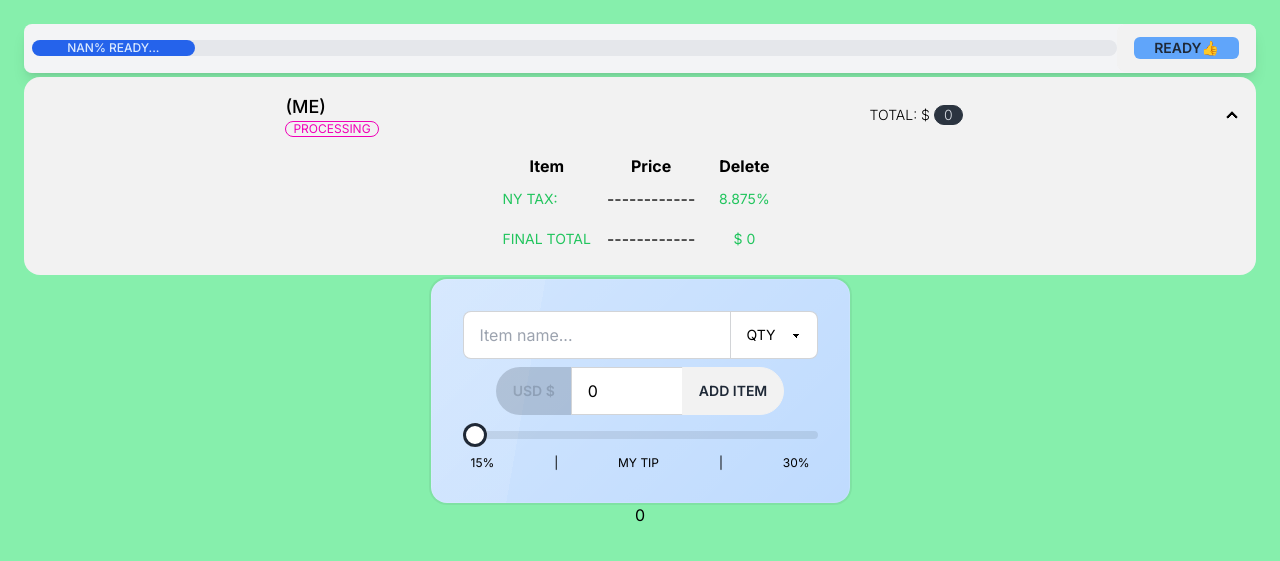
Repository: bitepay/bitepay-xyz
Page: /table
These files come from the project's save history. The page is drawn as it stood at one moment and after the next save; the edit follows.
The browser window is 1280 px wide. The pictures show the whole page.
The page's requests for data from a server got no answer. The project was rebuilt for these pictures with package versions that can differ from the ones it lists, and the page was loaded fresh each time. The framework's server and built-in components were replaced by stand-ins that run in the browser. No one was signed in, and anything a server would have sent is missing. Also part of the build but not shown: next.config.js.

Above is the page before, as saved 2023-06-28 07:56:27.

### src/pages/_app.js
import '@/styles/globals.css';
import { UserSocketProvider } from '@/context/UserSocketContext';

export default function App({ Component, pageProps }) {
  return (
    <UserSocketProvider>
      <Component {...pageProps} />
    </UserSocketProvider>
  )
}

### src/pages/table.js

// import Image from 'next/image'
import Head from "next/head"
// import Link from "next/link"
import { Inter } from 'next/font/google'

import { useUserSocketContext } from '@/context/UserSocketContext'

import { AddItemInput } from '@/components/AddItemInput'
import { ProgressBar } from '@/components/ProgressBar'
import { UserBill } from '@/components/UserBill'
import { MembersBill } from '@/components/MembersBill'

const inter = Inter({ subsets: ['latin'] })

export default function Table() {

  const { socket, user, tableMembers, setUser } = useUserSocketContext();

  if (user.tableID !== 0) {
    socket.emit('joinTable', user)
  }

  const handleUserDelete = (user, payload) => {
    socket.emit('userDeleteItem', {user, payload})
  };

  const handleUserUpdate = (user, payload) => {
    socket.emit('userUpdate', {user, payload})
  };

  const userUpdateStatus = (user) => {
    if (user.status === 'PROCESSING') {
      socket.emit('userUpdateStatus', { ...user, status: 'READY' })
    } else {
      socket.emit('userUpdateStatus', { ...user, status: 'PROCESSING' })
    }
  }

  return (
    <>
      <Head>
        <title>BitePay - Table</title>
        <meta name="description" content="The fastest and easiest way to divvy up the dining bill between your friends."></meta>
      </Head>

      <main className={`flex min-h-screen flex-col items-center p-6 ${inter.className} bg-green-300`} >

        <ProgressBar user={user} tableMembers={tableMembers} userUpdateStatus={userUpdateStatus} />
        <UserBill user={user} handleUserDelete={handleUserDelete} />
        <AddItemInput user={user} handleUserUpdate={handleUserUpdate} setUser={setUser} />
        <MembersBill tableMembers={tableMembers} userId={user.id}/>

      </main>
    </>
  )
}

### src/context/UserSocketContext.js
'use client';
import React, { createContext, useEffect, useState, useContext } from 'react'
import { io } from 'socket.io-client'


// Create a new context
const UserSocketContext = createContext({});

// Custom context provider component
export const UserSocketProvider = ({ children }) => {

  const [socket, setSocket] = useState(null);

  const [user, setUser] = useState({
    id: '',
    username: '',
    tableID: 0,
    myItems: [],
    tip: 15,
    total: 0,
    status: 'PROCESSING',
  });

  const [tableMembers, setTableMembers] = useState([]);

  // Establish the Socket.IO connection when the component mounts
  useEffect(() => {

    const socket = io('https://bitepay.xyz');
    setSocket(socket);

    socket.on('connect', () => {
      console.log('Successfully connected to the ws server!')
    })

    // set user id to the websocket id
    socket.on('setId', (data) => setUser((prevUser) => {
      prevUser.id = data
      return prevUser;
    }));

    // listen to events from ws server regarding members of the table
    socket.on('tableMembers', (data) => setTableMembers((prevTableMembers) => { return [...data.slice()] }));

    // listen to events from ws server regarding updates to tableMembers
    socket.on('tableMemberUpdate', (data) => {

      if (data.id === user.id) {
        setUser((prevUser) => {
          prevUser.myItems = data.myItems;
          prevUser.tip = data.tip;
          prevUser.total = data.total;
          prevUser.status = data.status;
          return prevUser;
        })
      }

      setTableMembers((prevTableMembers) => {
        return prevTableMembers.map((member) => {
          if (member.id === data.id) {
            member.myItems = data.myItems
            member.tip = data.tip
            member.total = data.total
            member.status = data.status
            return member
          } else {
            return member
          }
        })
      })
    });

    // listen to events from ws server regarding members leaving the table
    socket.on('userLeft', (data) => {
      setTableMembers((prevTableMembers) => {
        return prevTableMembers.filter((member) => {
          return member.id !== data.id
        })
      })
    });

    socket.on('disconnect', () => {
      console.log('Disconnected from the ws server!');
    });

    // Clean up the socket connection when the component unmounts
    return () => {
      socket.off('connect');
      socket.off('setId');
      socket.off('tableMembers');
      socket.off('tableMemberUpdate');
      socket.off('userLeft');
      socket.disconnect();
    };
  }, [user.id]);

  // Provide the socket object to the child components
  return (
    <UserSocketContext.Provider value={{socket, user, setUser, tableMembers, setTableMembers}}>
      {children}
    </UserSocketContext.Provider>
  );
};

// Export the SocketContext
export default UserSocketContext;

// Export a custom hook that can be used to consume this context
export const useUserSocketContext = () => useContext(UserSocketContext);

### src/components/AddItemInput.jsx
import { useState, useEffect } from 'react';

export const AddItemInput = ({ handleUserUpdate, user, setUser }) => {
	const [itemName, setItemName] = useState('');
	const [itemPrice, setItemPrice] = useState(0);
	const [itemQuantity, setItemQuantity] = useState(0);

	const handleClick = (e) => {
			if (itemQuantity === 0) {
					alert("Don't forget to add quantity!");
			}
			else if (itemPrice <= 0) {
					alert("Please don't forget to add your item's price!");
			}
			else if (itemName != "" && itemPrice > 0 && itemQuantity > 0) {
					const itemID = Math.ceil(Math.random()*1000000000);
					const payload = {itemID, itemName, itemPrice, itemQuantity};
					handleUserUpdate(user, payload);
					setItemName('');
					setItemPrice(0);
			} else {
					alert("Please fill out all fields");
			}
	}

	const handleTipChange = (e) => {
		e.preventDefault();
		setUser({...user, tip: parseInt(e.target.value)})
	}

	return (
		<>
			<div className="card glass w-auto bg-blue-200">
				<div className="card-body">
					<div className="join mx-auto">

						<input className="input input-bordered join-item max-w-34" placeholder="Item name..." value={itemName} onChange={(e) => {setItemName(e.target.value)}}/>

						<select className="select select-bordered join-item" value={itemQuantity} onChange={(e) => setItemQuantity(e.target.value)}>
							<option disabled value={0}>QTY</option>
							<option value={1/4}>
									1/4
							</option>
							<option value={1/3}>
									1/3
							</option>
							<option value={1/2}>
									1/2
							</option>
							<option value={1}>
									1
							</option>
							<option value={2}>
									2
							</option>
							<option value={3}>
									3
							</option>
							<option value={4}>
									4
							</option>
						</select>

					</div>
					<div className="mx-auto">
						<div className="join">
							<button className="btn join-item rounded-l-full" disabled="true">USD $</button>
							<input className="input input-bordered join-item w-28" placeholder="Price" type="number" value={itemPrice} onChange={(e) => {setItemPrice(e.target.value)}}/>
							<button className="btn join-item rounded-r-full" disabled={user.status === 'READY'} onClick={(e) => handleClick(e)}>ADD ITEM</button>
						</div>
					</div>
						<input type="range" className="range" min={15} max={30} value={user.tip} step={1} onChange={(e) => handleTipChange(e)} disabled={user.status === 'READY'} />
						<div className="w-full flex justify-between text-xs px-2">
							<span>15%</span>
							<span>|</span>
							<span>MY TIP</span>
							<span>|</span>
							<span>30%</span>
						</div>
				</div>
			</div>
		</>
	)
};

### src/components/ProgressBar.jsx
import { useState, useEffect } from 'react';

export const ProgressBar = ({ tableMembers, user, userUpdateStatus }) => {

  const [progress, setProgress] = useState(0);

  useEffect(() => {
    const completed = tableMembers.filter((member) => member.status === 'READY');
    const progress = Math.round(100 * ((completed.length / tableMembers.length) * 100)) / 100;
    setProgress(progress);

    console.log(`Re-render triggered from tableMember update in ProgressBar. Progress is now ${progress}%`)
  }, [tableMembers])

  const progressBar = (progress) => {
    if (progress === 100) {
      return (
          <div className="w-full bg-gray-200 rounded-full dark:bg-gray-700">
            <div className="bg-green-600 text-xs font-medium text-green-100 text-center p-0.5 leading-none rounded-full" style={{width: `${progress}%`}}> {progress}% COMPLETE! </div>
          </div>
      )
    } else {
      return (
        <div className="w-full bg-gray-200 rounded-full dark:bg-gray-700">
            <div className="bg-blue-600 text-xs font-medium text-blue-100 text-center p-0.5 leading-none rounded-full" style={{width: `${progress < 15 ? 15 : progress}%`}}> {progress}% READY... </div>
          </div>
      )
    }
  }

  const handleChange = () => {
    userUpdateStatus(user)
  }

  const toggleStatusButton = (status) => {
    return (
      <label className="btn swap swap-rotate">

        {/* this hidden checkbox controls the state */}
        <input type="checkbox" onChange={() => handleChange()} checked={user.status === 'READY'}/>

        {/* ready icon */}

        <div class="swap-on bg-red-400 p-1 rounded-md">Make changes</div>
        <div class="swap-off bg-blue-400 p-1 rounded-md">Ready👍</div>

        {/* not ready icon */}


      </label>
    )

  }



  return (

      <div className="w-full flex items-center justify-between mb-.5 mx-auto pl-2 overflow-hidden rounded-lg shadow-lg bg-gray-100 uppercase border-b border-gray-100">
          {progressBar(progress)}
        <div id="final-bill-button">
          {toggleStatusButton(user.status)}
        </div>
      </div>

  )
}

### src/components/UserBill.jsx
export const UserBill = ({ user, handleUserDelete }) => {

  const UserItem = (item) => {
    const { itemID, itemName, itemPrice, itemQuantity } = item

    return (
      <tr key={`user-item-${itemID}`}>
				<td className="px-4">{`${itemName} ${itemQuantity !== '1' ? `x ${itemQuantity}` : ''}`}</td>
				<td className="px-4">{itemPrice}</td>
				{/* This is where we need to add the delete button for User delete feature */}
				<td className="px-4">
          <button className="btn btn-circle btn-error" onClick={() => handleUserDelete(user, item)} disabled={user.status === 'READY'}>
          <svg xmlns="http://www.w3.org/2000/svg" class="h-6 w-6" fill="none" viewBox="0 0 24 24" stroke="currentColor"><path stroke-linecap="round" stroke-linejoin="round" stroke-width="2" d="M6 18L18 6M6 6l12 12" /></svg>
          </button>
        </td>
			</tr>
    )
  }

  return (
    <div className="collapse collapse-arrow bg-base-200 m-1">
      <input type="radio" name="my-accordion-2" defaultChecked="true"/>
      <div className="collapse-title">
        {/* This is where we need to render name, status, and total */}
        <div className="flex justify-around">
          <div className="flex flex-col">
            <div className="text-lg font-medium">
              {user.username} (ME)
            </div>
            <div className={`badge badge-sm text-xs ${user.status === 'READY' ? 'badge-accent' : 'badge-secondary badge-outline'}`}>
              {user.status === 'READY' ? 'READY' : 'PROCESSING'}
            </div>
          </div>
          <div className="text-sm font-light my-auto">
            TOTAL{': $ '}
            <div className={`badge ${user.status === 'READY' ? 'badge-primary' : 'badge-neutral'}`}>
              {Math.round(100 * ((((1+(user.tip / 100))) * user.total) + (user.total * .08875))) / 100}
            </div>
          </div>

        </div>
      </div>
      <div className="collapse-content">
        {/* This is where I need to map through user items */}
        <table className="table-auto mx-auto text-center">
          <thead>
            <tr>
              <th className="px-4">Item</th>
              <th className="px-4">Price</th>
              <th className="px-4">Delete</th>
            </tr>
          </thead>
          <tbody>
            {user.myItems.map((item) => UserItem(item))}
            <tr>
              <td className="p-2 whitespace-nowrap">
                <div className="text-left text-sm text-green-500">NY TAX:</div>
              </td>
              <td className="p-2 whitespace-nowrap">
                <div className="text-center">------------</div>
              </td>
              <td className="p-2 whitespace-nowrap">
                <div className="text-sm text-center  text-green-500">8.875%</div>
              </td>
            </tr>
            <tr>
              <td className="p-2 whitespace-nowrap">
                <div className="text-left text-sm text-green-500">FINAL TOTAL</div>
              </td>
              <td className="p-2 whitespace-nowrap">
                <div className="text-center">------------</div>
              </td>
              <td className="p-2 whitespace-nowrap">
                <div className="text-sm text-center  text-green-500">$ {
                Math.round(100 * ((((1+(user.tip / 100))) * user.total) + (user.total * .08875))) / 100
                }</div>
              </td>
            </tr>
          </tbody>
        </table>
      </div>
    </div>
  )
}

### src/components/MembersBill.jsx
export const MembersBill = ({ tableMembers, userId }) => {

  const MemberItem = (item) => {
    const { itemID, itemName, itemPrice, itemQuantity } = item

    return (
      <tr key={`member-item-${itemID}`}>
        <td className="px-5">{itemName}</td>
        <td className="px-5">{itemQuantity}</td>
        <td className="px-5">{itemPrice}</td>
        <td className="px-5">{' '}</td>
      </tr>
    )
  }

  return (
    <>
      {tableMembers.length && tableMembers.map((member) => {
        if (member.id !== userId) {
          return (
            <div key={`${member.id}-list-items`} className="collapse collapse-arrow bg-base-200 m-1">
              <input type="radio" name="my-accordion-2"/>
              <div className="collapse-title text-xl font-medium">
                {/* This is where we need to render name, status, and total */}
                {member.username}
              </div>
              <div className="collapse-content">
              <table className="table-auto mx-auto">
                <thead>
                  <tr>
                    <th className="px-5">Item</th>
                    <th className="px-5">Quantity</th>
                    <th className="px-5">Price</th>
                    <th className="px-5"></th>
                  </tr>
                </thead>
                <tbody>
                  {member.myItems?.length ? member.myItems.map((item) => MemberItem(item)) : <tr key="user-no-items"><td>No items yet</td></tr>}
                </tbody>
                </table>
              </div>
            </div>
          )
        }
      })}
    </>
  )
};

### tailwind.config.js
/** @type {import('tailwindcss').Config} */
module.exports = {
  content: [
    './src/pages/**/*.{js,ts,jsx,tsx,mdx}',
    './src/components/**/*.{js,ts,jsx,tsx,mdx}',
    './src/app/**/*.{js,ts,jsx,tsx,mdx}',
  ],
  theme: {
    extend: {
      backgroundImage: {
        'gradient-radial': 'radial-gradient(var(--tw-gradient-stops))',
        'gradient-conic':
          'conic-gradient(from 180deg at 50% 50%, var(--tw-gradient-stops))',
      },
    },
  },
  daisyui: {
    themes: [
      "light",
      "dark"
    ],
  },
  plugins: [require("daisyui")],
}

Loaded but not shown: src/pages/_document.js (common file); src/styles/globals.css (common file)

After the next save:
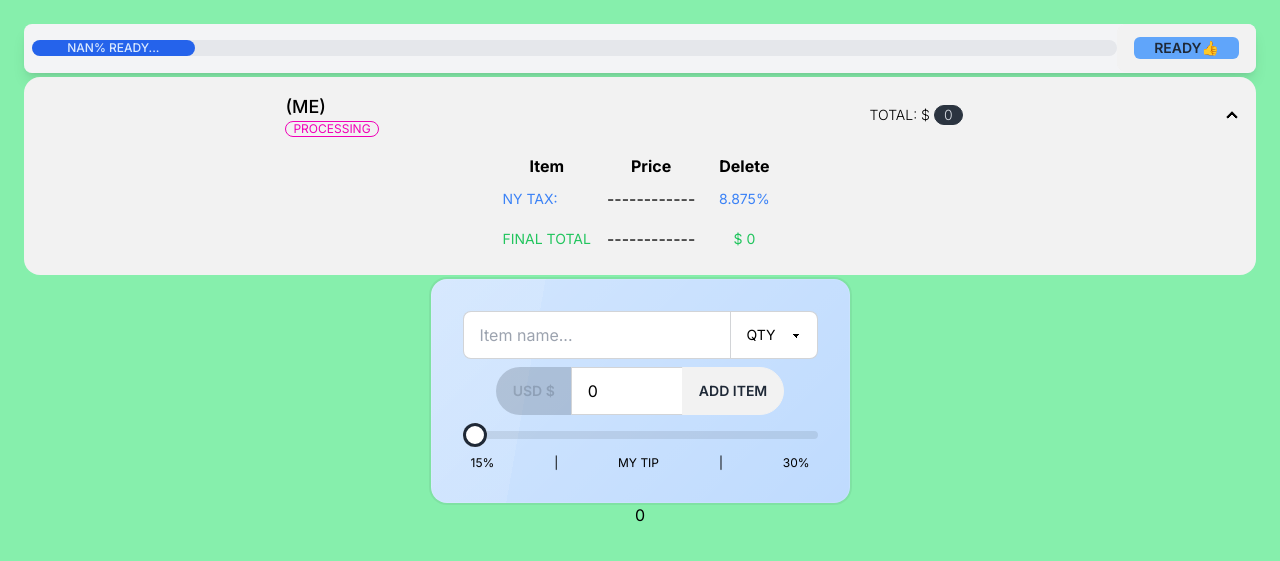
Saved 48 s later.
--- a/src/components/UserBill.jsx
+++ b/src/components/UserBill.jsx
@@ -54,13 +54,13 @@ export const UserBill = ({ user, handleUserDelete }) => {
             {user.myItems.map((item) => UserItem(item))}
             <tr>
               <td className="p-2 whitespace-nowrap">
-                <div className="text-left text-sm text-green-500">NY TAX:</div>
+                <div className="text-left text-sm text-blue-500">NY TAX:</div>
               </td>
               <td className="p-2 whitespace-nowrap">
                 <div className="text-center">------------</div>
               </td>
               <td className="p-2 whitespace-nowrap">
-                <div className="text-sm text-center  text-green-500">8.875%</div>
+                <div className="text-sm text-center  text-blue-500">8.875%</div>
               </td>
             </tr>
             <tr>
